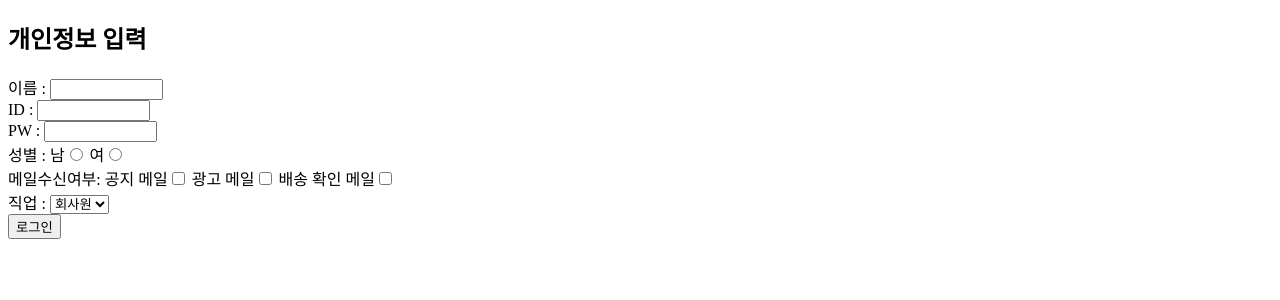
Repository: yoojinhee/JSP_study
Page: http://localhost/Test_JSP/testForm.jsp
An editor plug-in stored every save of this project. The page is shown before and after the next save, followed by the edit.
The browser window is 1280 px wide. The pictures show the whole page.
The page is served by Tomcat 9. Other server files are loaded and not shown.

Above is the page before, as saved 2020-05-07 00:13:19.

### Project/Test_JSP/WebContent/testForm.jsp
<%@ page language="java" contentType="text/html; charset=UTF-8"
    pageEncoding="UTF-8"%>
<!DOCTYPE html>
<html>
<head>
<meta charset="UTF-8">
<title>Insert title here</title>
</head>
<body>
<h2>개인정보 입력</h2>
<form action="">
이름 : <input type="text" name="name" value="" size="11"><br>
ID : <input type="text" name="id" value="" size="11"><br>
PW : <input type="password" name="password" value="" size="11"><br>
성별 :
	 남<input type="radio" name="gen" value="M">
	 여<input type="radio" name="gen" value="F"><br>
	 <!-- 라디오 -> name이 같아야 동기화 -->
메일수신여부:
	공지 메일<input type="checkbox" name="inotice">
	광고 메일<input type="checkbox" name="cnotice">
	배송 확인 메일<input type="checkbox" name="dnotice"><br>
직업 :
<select name="job">
	<option>회사원</option>
	<option>학생</option>
	<option>유튭버</option>
	<option>선생님</option>
</select>
<br>
<input type="submit" value="로그인">
</form>
</body>
</html>

After the next save:
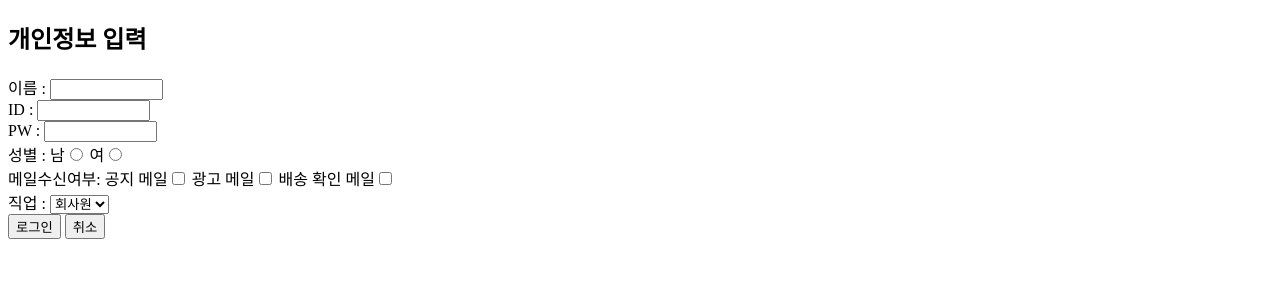
Saved 43 s later.
--- a/Project/Test_JSP/WebContent/testForm.jsp
+++ b/Project/Test_JSP/WebContent/testForm.jsp
@@ -24,11 +24,12 @@ PW : <input type="password" name="password" value="" size="11"><br>
 <select name="job">
 	<option>회사원</option>
 	<option>학생</option>
-	<option>유튭버</option>
+	<option>유튜버</option>
 	<option>선생님</option>
 </select>
 <br>
 <input type="submit" value="로그인">
+<input type="reset" value="취소">
 </form>
 </body>
 </html>
